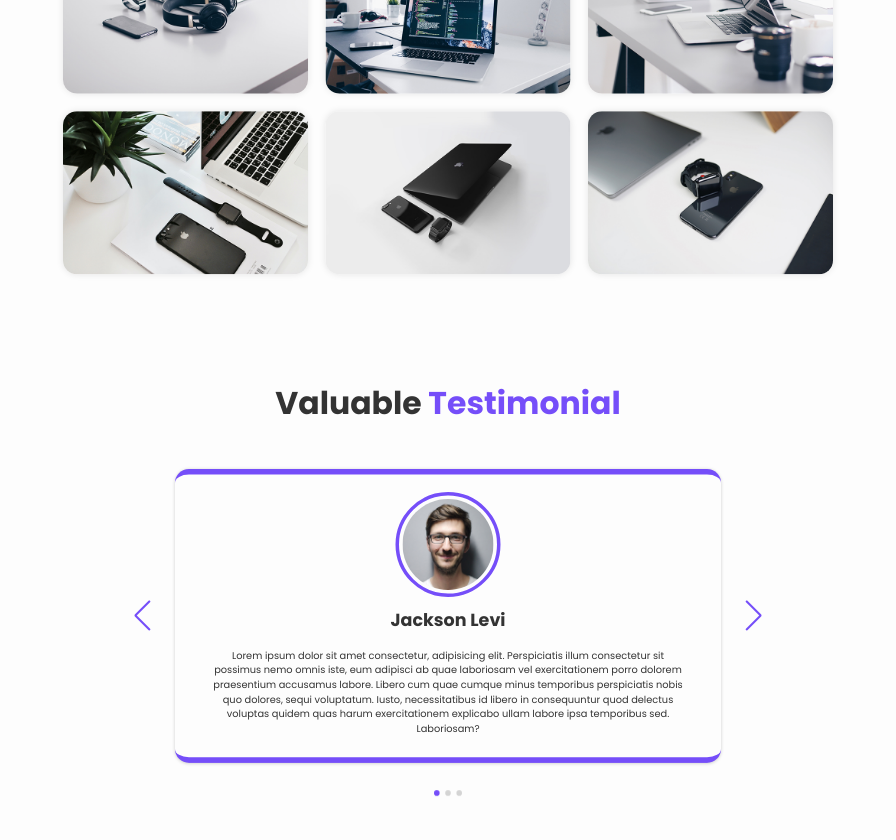
Repository: Gabi-Augusto/Portfolio
Page: index.html
The author's editor kept a copy of each file at every save. The page is drawn from the files as they stood at one save, then again after the next save.
The browser window is 1280 px wide. The pictures show the part of the page from y = 2417 to 4337 px (the page is 3617 px tall before and 4337 px after), at 70% of full size.

Above is the page before, as saved 2023-11-29 20:48:43.

After the next save:
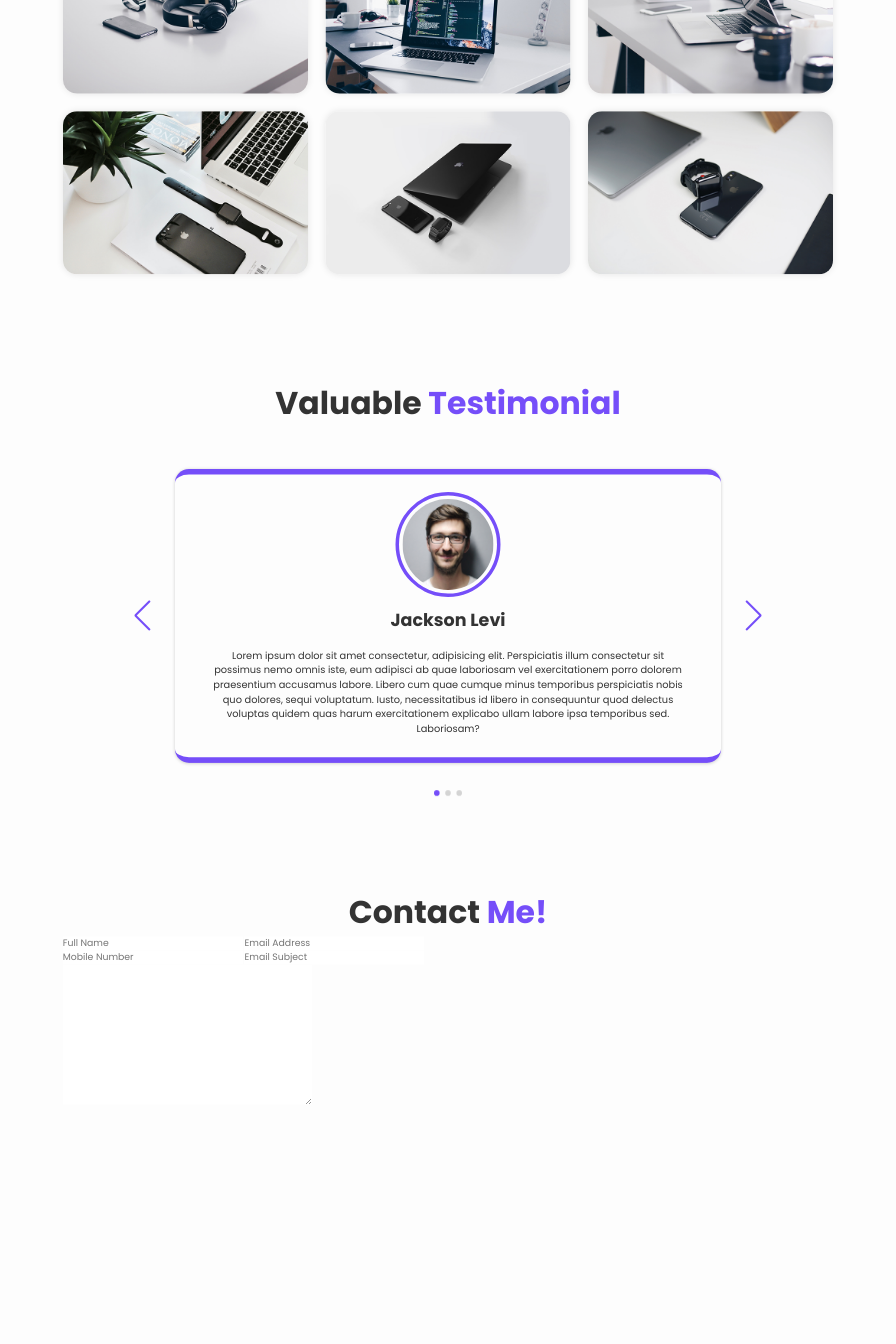
Saved 17 s later.
--- a/index.html
+++ b/index.html
@@ -225,6 +225,24 @@
 
     <!-- contact section design -->
 
+    <section class="contact" id="contact">
+        <h2 class="heading">Contact <span>Me!</span></h2>
+
+        <form action="#">
+
+            <div class="input-box">
+                <input type="text" placeholder="Full Name">
+                <input type="email" placeholder="Email Address">
+            </div>
+
+            <div class="input-box">
+                <input type="number" placeholder="Mobile Number">
+                <input type="text" placeholder="Email Subject">
+            </div>
+            <textarea name="" id="" cols="30" rows="10"></textarea>
+        </form>
+    </section>
+
     <!-- footer design -->
 
 
